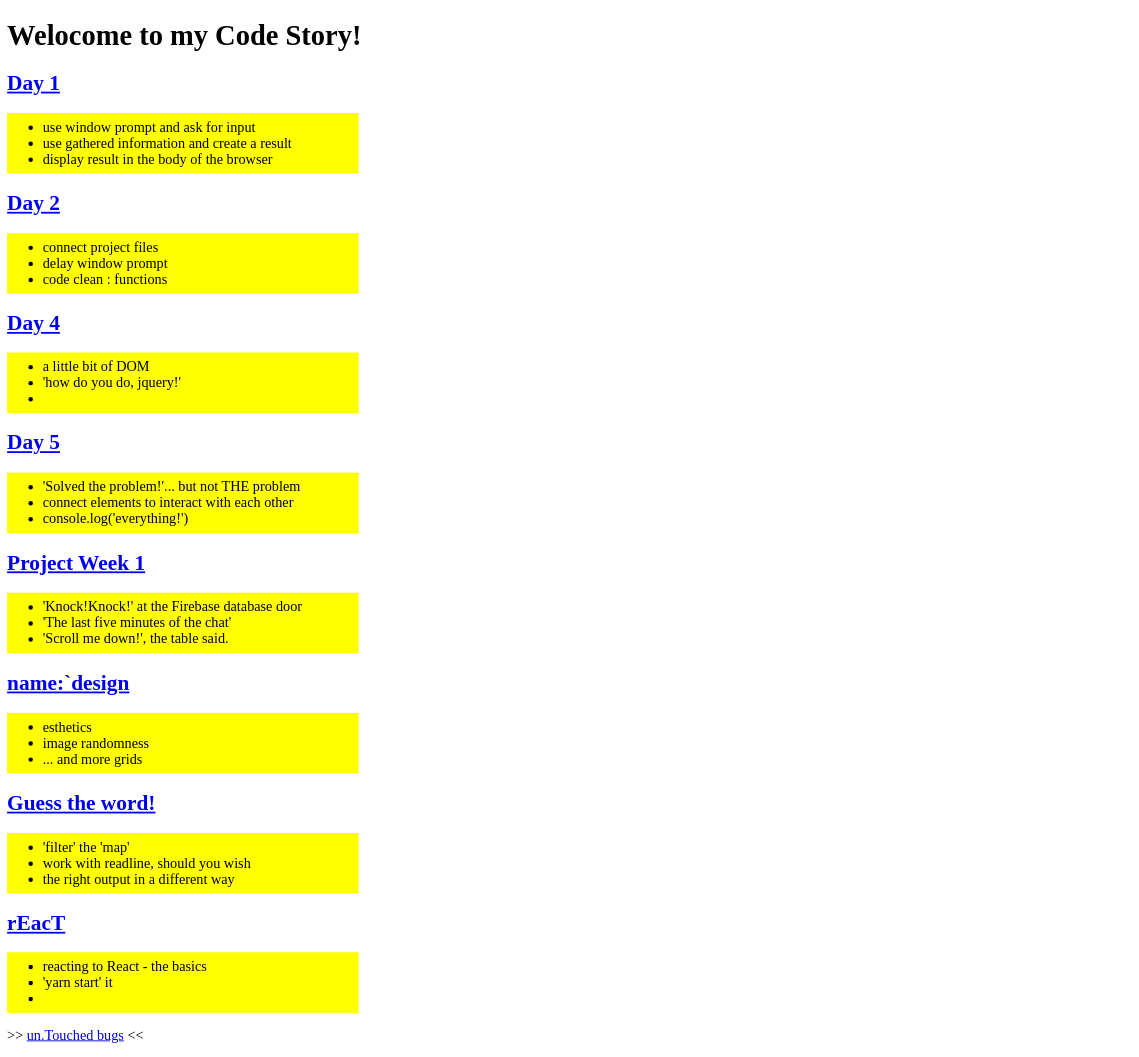
Repository: cicomsa/myCodeStory
Page: myCodeStory.html
An editor plug-in stored every save of this project. The page is shown before and after the next save, followed by the edit.
The browser window is 1280 px wide. The pictures show the whole page, at 89% of full size.

Above is the page before, as saved 2018-05-28 19:27:21.

### myCodeStory.html
<!DOCTYPE html>

<html>

<head>
  <title>myCodeStory - the journey...</title>
  <link href='./myCodeStory.css' type='text/css' rel='stylesheet'>
</head>

<header>
  <div class='title'>
    <h1 id='title'>Welocome to my Code Story!</h1>
  </div>
</header>

<body>

  <div class='day1'>
    <h2 id=day1><a href ='./week1/day1.html'>Day 1</a></h2>
    <ul id='day1'>
      <li>use window prompt and ask for input</li>
      <li>use gathered information and create a result</li>
      <li>display result in the body of the browser</li>
    </ul>
  </div>

  <div class='day2'>
    <h2 id=day2><a href ='./week1/day2.html' target="_blank">Day 2</a></h2>
    <ul id='day2'>
      <li>connect project files</li>
      <li>delay window prompt</li>
      <li>code clean : functions</li>
    </ul>
  </div>

  <div class='day4'>
    <h2 id=day4><a href ='./week1/day4.html' target="_blank">Day 4</a></h2>
    <ul id='day4'>
      <li>a little bit of DOM</li>
      <li>'how do you do, jquery!'</li>
      <li></li>
    </ul>
  </div>

  <div class='day5'>
    <h2 id=day5><a href ='./week1/day5.html' target="_blank">Day 5</a></h2>
    <ul id='day5'>
      <li>'Solved the problem!'... but not THE problem</li>
      <li>connect elements to interact with each other</li>
      <li>console.log('everything!')</li>
    </ul>
  </div>

  <div class='projectWeek1'>
    <h2 id=projectWeek1><a href ='./projectWeek1/chatApp/firebase-chat-app-starter/index.html' target="_blank">Project Week 1</a></h2>
    <ul id='projectWeek1'>
      <li>'Knock!Knock!' at the Firebase database door</li>
      <li>'The last five minutes of the chat'</li>
      <li>'Scroll me down!', the table said.</li>
    </ul>
  </div>

  <div class="name:`design">
    <h2 id="name:`design"><a href ='./week2/design/design.html' target="_blank">name:`design</a></h2>
    <ul id="name:`design">
      <li>esthetics</li>
      <li>image randomness</li>
      <li>... and more grids</li>
    </ul>
  </div>

  <div class="guessTheWord">
    <h2 id="guessTheWord"><a href ='./week2/guess-the-word/guess-the-word.html' target="_blank">Guess the word!</a></h2>
    <ul id="guessTheWord">
      <li>'filter' the 'map'</li>
      <li>work with readline, should you wish</li>
      <li>the right output in a different way</li>
    </ul>
  </div>

  <div class="rEacT">
    <h2 id="rEacT"><a href ='http://localhost:3000/' target="_blank">rEacT</a></h2>
    <ul id="rEacT">
      <li>reacting to React - the basics</li>
      <li>'yarn start' it</li>
      <li></li>
    </ul>
  </div>

</body>

<footer>
  <p>>> <a href='./untouchedBugs.html'>un.Touched bugs</a>
    <<</p>
</footer>

</html>

### myCodeStory.css
ul {
  display : block;
  width : 355px;
  padding-top : 7px;
  padding-bottom : 7px;
  background-color : yellow;
}

After the next save:
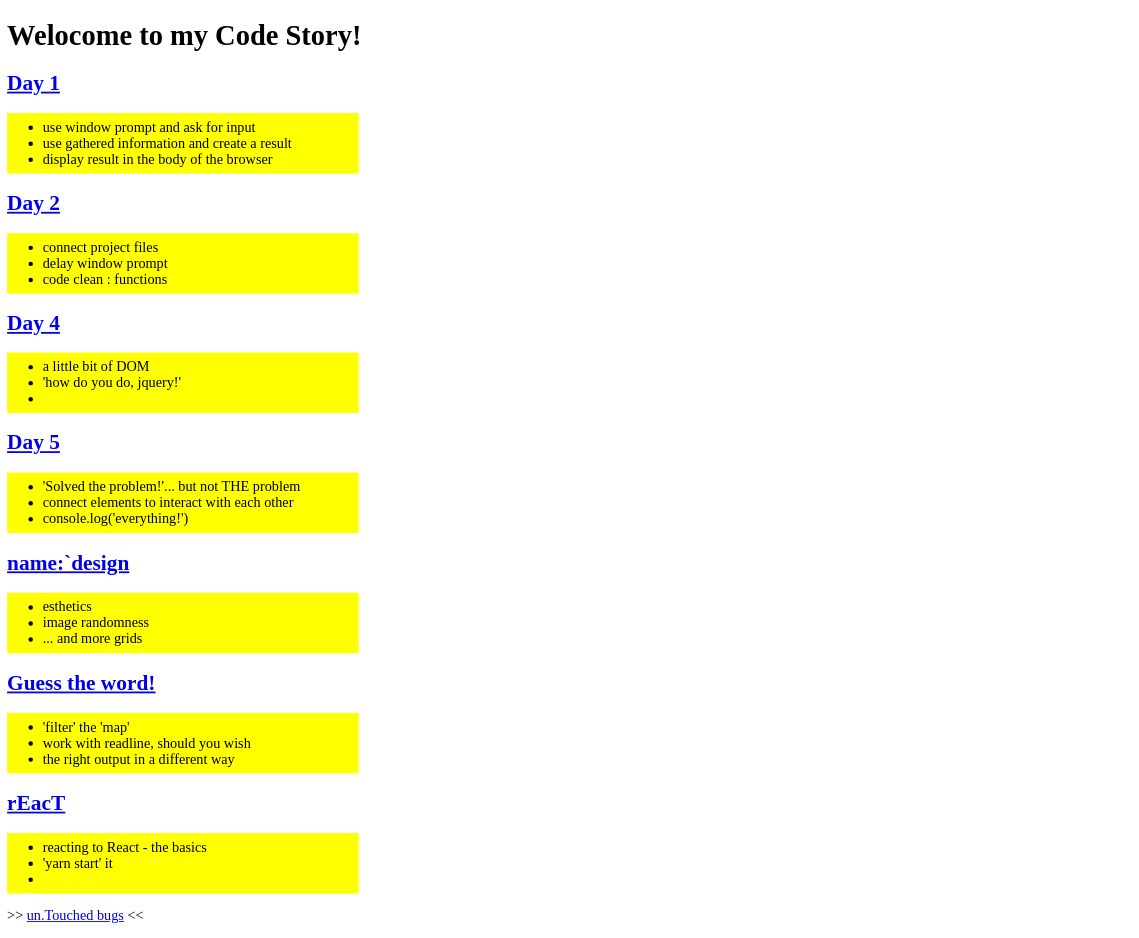
Saved 63 s later.
--- a/myCodeStory.html
+++ b/myCodeStory.html
@@ -51,15 +51,6 @@
     </ul>
   </div>
 
-  <div class='projectWeek1'>
-    <h2 id=projectWeek1><a href ='./projectWeek1/chatApp/firebase-chat-app-starter/index.html' target="_blank">Project Week 1</a></h2>
-    <ul id='projectWeek1'>
-      <li>'Knock!Knock!' at the Firebase database door</li>
-      <li>'The last five minutes of the chat'</li>
-      <li>'Scroll me down!', the table said.</li>
-    </ul>
-  </div>
-
   <div class="name:`design">
     <h2 id="name:`design"><a href ='./week2/design/design.html' target="_blank">name:`design</a></h2>
     <ul id="name:`design">
